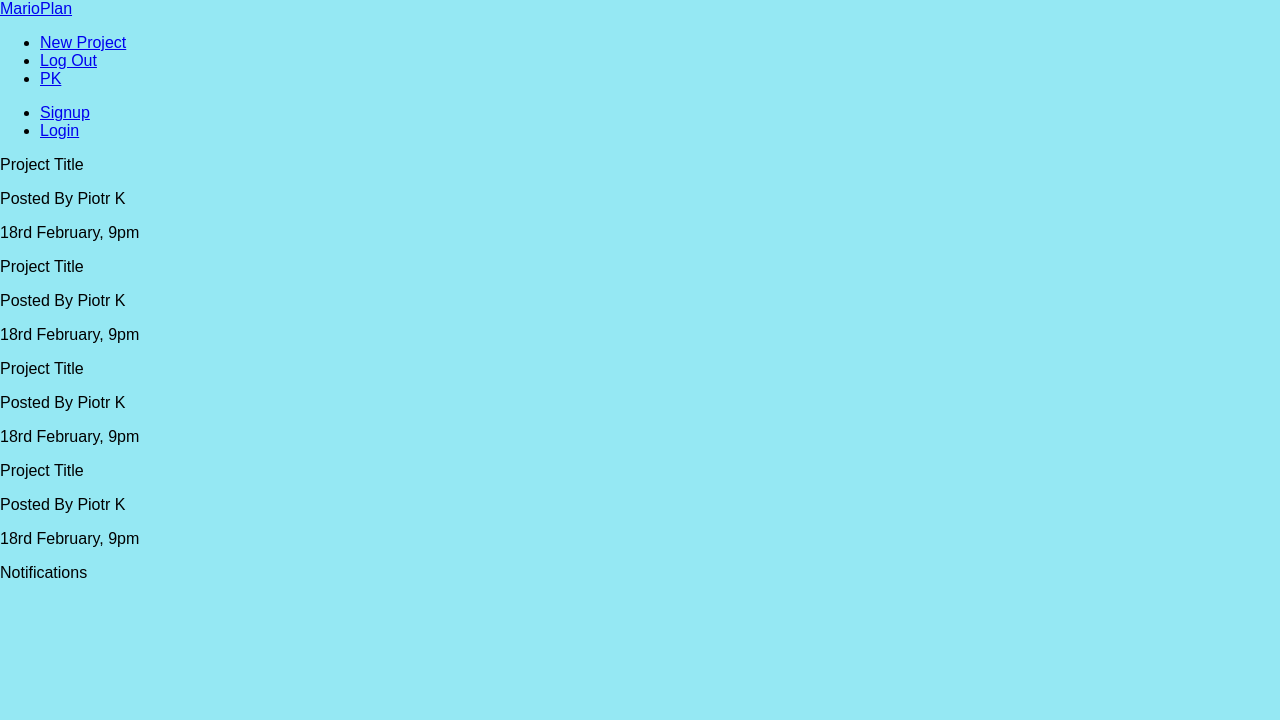
Repository: Piterwk1/netNinja-hooks
Page: /
These files come from the project's save history. The page is drawn as it stood at one moment and after the next save; the edit follows.
The browser window is 1280 px wide. The pictures show the whole page.
The project was rebuilt for these pictures with package versions that can differ from the ones it lists, and the page was loaded fresh each time. Also part of the build but not shown: src/components/auth/SignIn.js, src/components/auth/SignUp.js, src/components/projects/CreateProject.js, src/components/projects/ProjectDetails.js.

Above is the page before, as saved 2021-02-20 00:00:53.

After the next save:
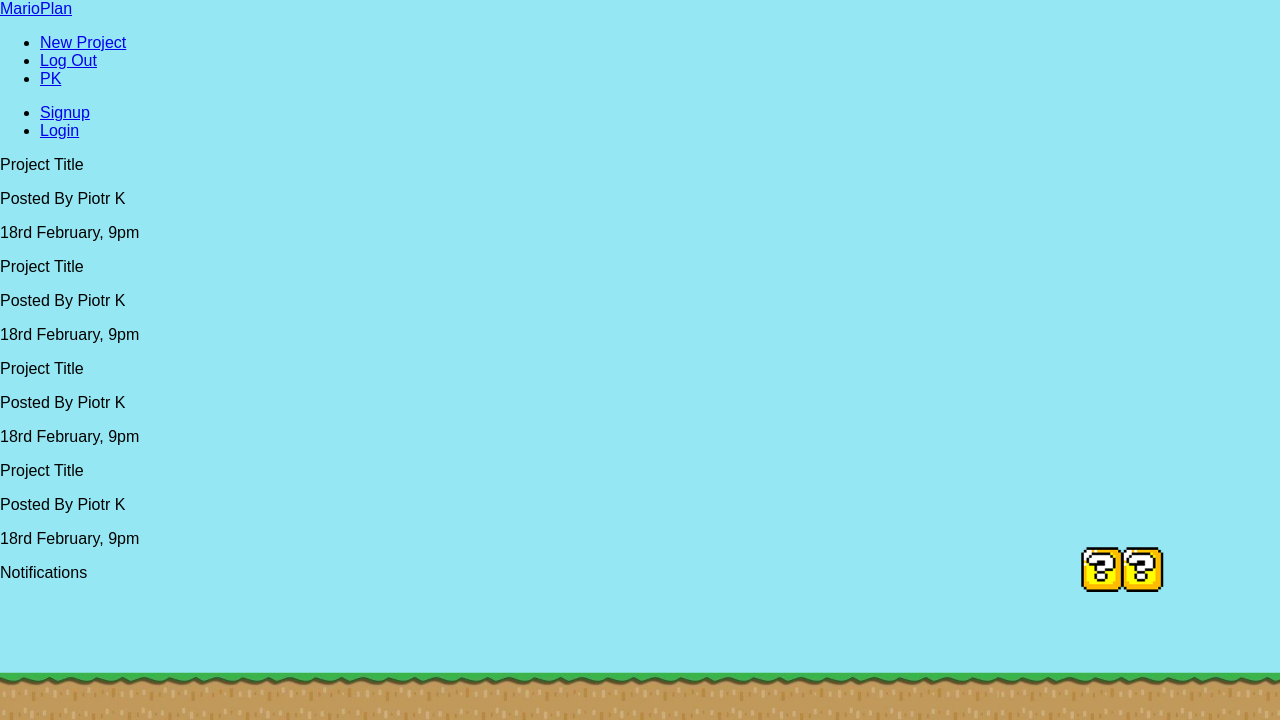
Saved 13 h 30 min later.
--- a/src/index.css
+++ b/src/index.css
@@ -6,7 +6,7 @@
   margin: 0;
   padding: 0;
   font-family: sans-serif;
-  /* background: url(/public/img/mario-bg.png) no-repeat; */
+  background: url(/public/img/mario-bg.png) no-repeat;
   background-size: 100%;
   background-position: bottom;
   background-color: #95e8f3;
@@ -23,9 +23,9 @@
   margin: 20px 0;
 }
 
-input[type=text]:not(.browser-default):focus:not([readonly]),
-input[type=email]:not(.browser-default):focus:not([readonly]),
-input[type=password]:not(.browser-default):focus:not([readonly]),
+input[type="text"]:not(.browser-default):focus:not([readonly]),
+input[type="email"]:not(.browser-default):focus:not([readonly]),
+input[type="password"]:not(.browser-default):focus:not([readonly]),
 textarea.materialize-textarea:focus:not([readonly]) {
   border-color: #ec407a;
   box-shadow: none;
